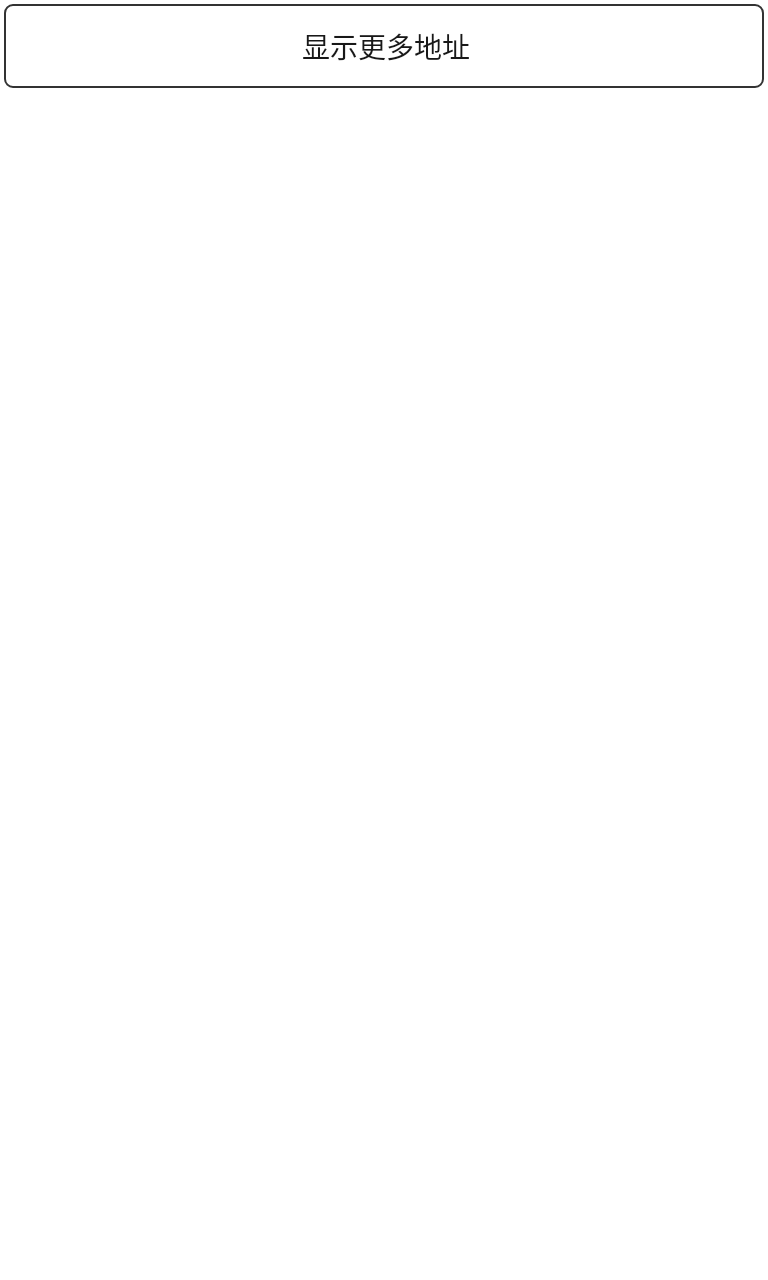
Repository: jornel/Jianjian
Layout: android/res/layout/venue_picker_page.xml
The author's editor kept a copy of each file at every save. The layout is drawn from the files as they stood at one save, then again after the next save.
It is drawn on a 768 x 1280 px phone screen (xhdpi) without system bars, with theme JianjianTheme; the app's code is not run. Lists and similar views that code fills are empty.

Above is the layout before, as saved 2011-06-05 14:44:24.

After the next save:
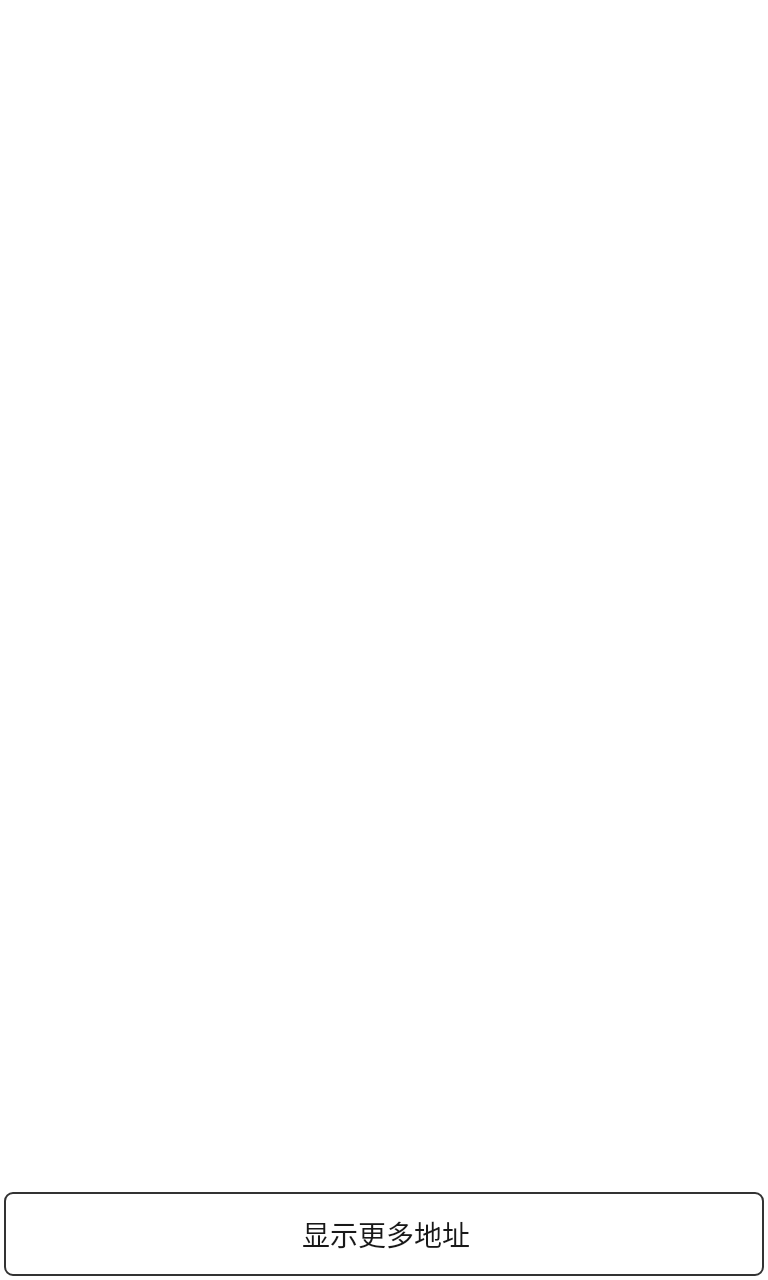
Saved 5 min 55 s later.
--- a/android/res/layout/venue_picker_page.xml
+++ b/android/res/layout/venue_picker_page.xml
@@ -51,6 +51,7 @@
     android:layout_height="wrap_content"
     android:orientation="horizontal"
     android:gravity="center_vertical"
+    android:layout_alignParentBottom="true"
     android:paddingTop="5dip"
     android:paddingBottom="5dip"
     android:focusable="true"

After the save that followed:
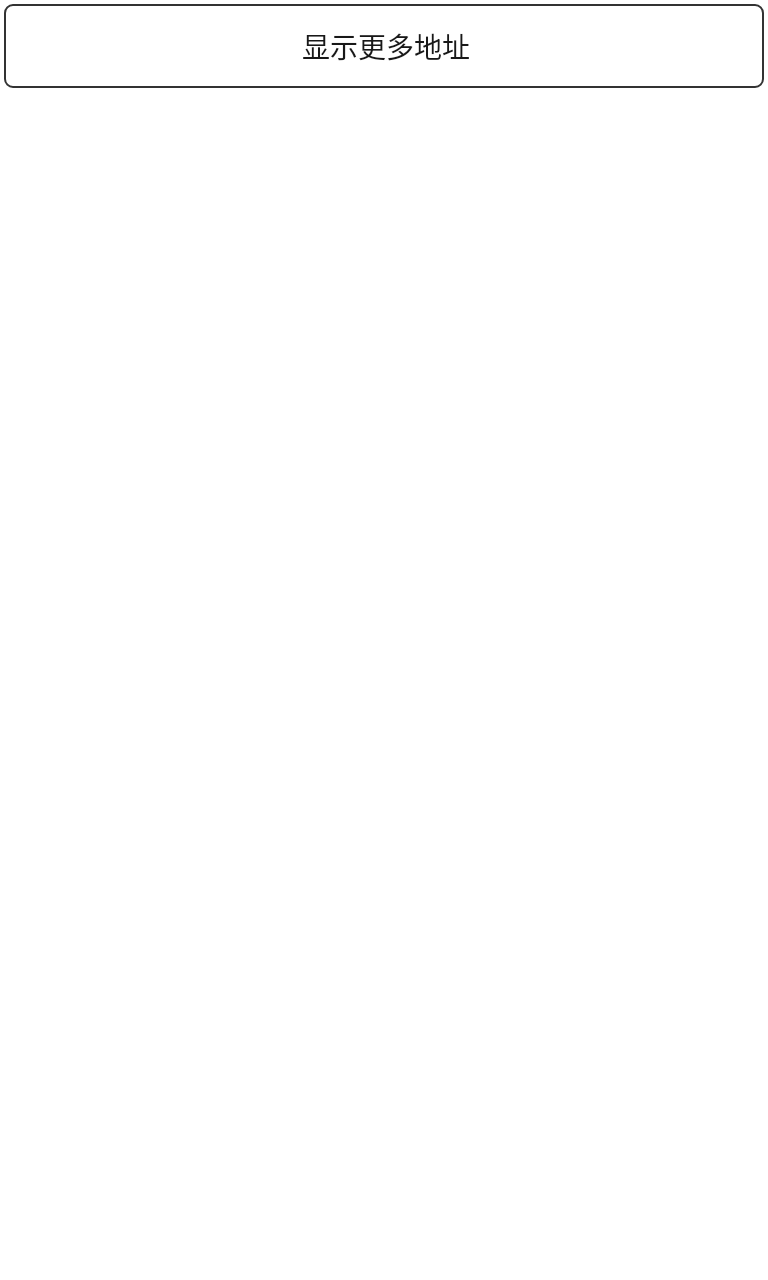
Saved 89 s later.
--- a/android/res/layout/venue_picker_page.xml
+++ b/android/res/layout/venue_picker_page.xml
@@ -51,7 +51,7 @@
     android:layout_height="wrap_content"
     android:orientation="horizontal"
     android:gravity="center_vertical"
-    android:layout_alignParentBottom="true"
+
     android:paddingTop="5dip"
     android:paddingBottom="5dip"
     android:focusable="true"
